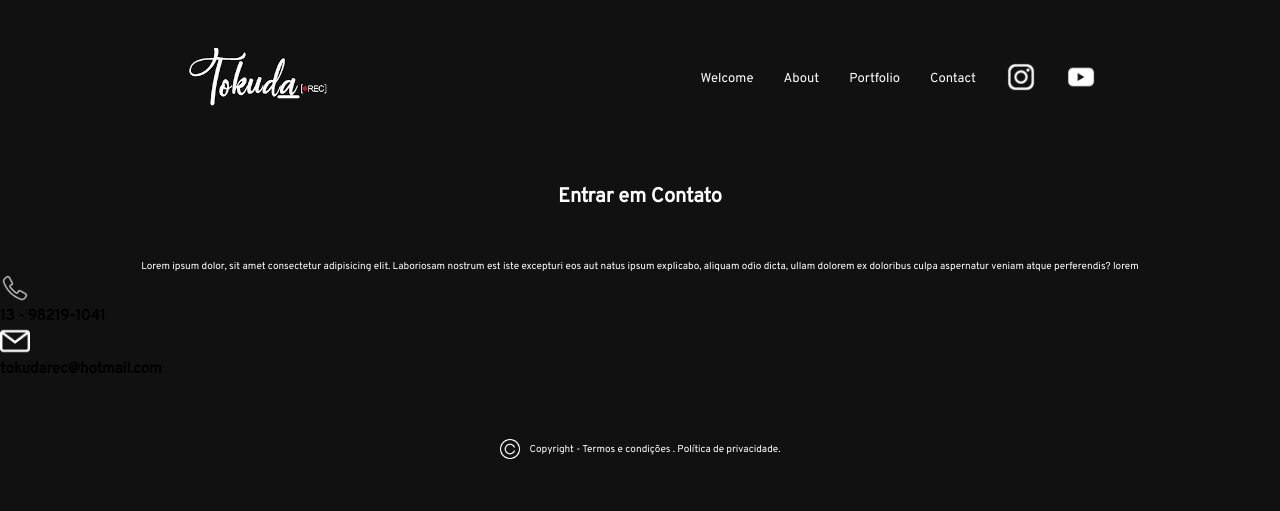
Repository: Lucasbeze/Project-FilmMaker
Page: projeto-alex/pages/contact.html
An editor plug-in stored every save of this project. The page is shown before and after the next save, followed by the edit.
The browser window is 1280 px wide. The pictures show the whole page.

Above is the page before, as saved 2022-08-26 16:15:33.

After the next save:
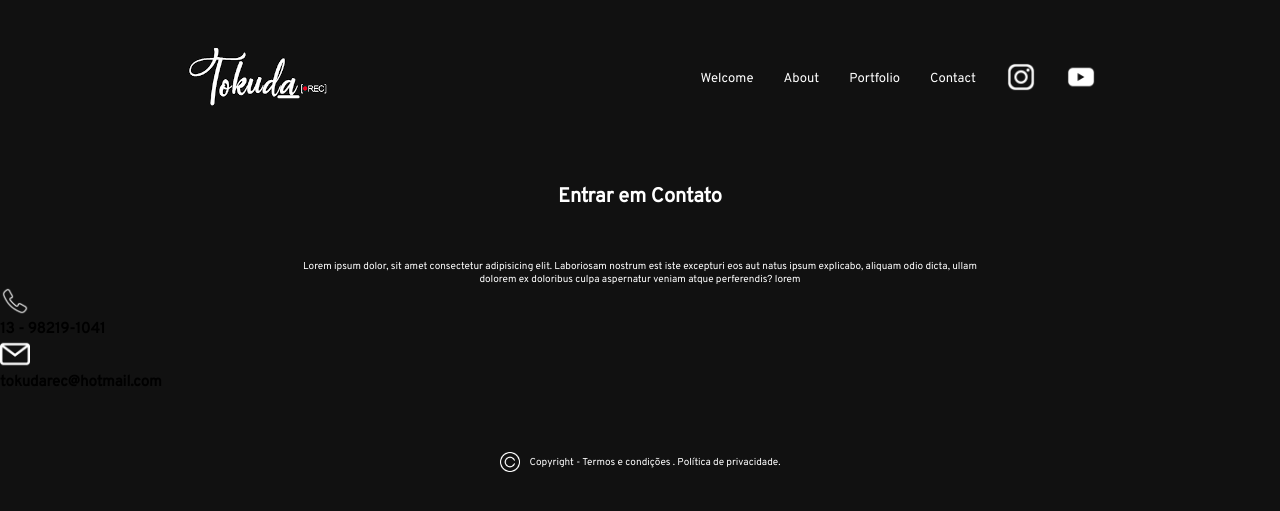
Saved 6 s later.
--- a/projeto-alex/css/contact.css
+++ b/projeto-alex/css/contact.css
@@ -50,7 +50,7 @@ main .legend{
   font-size: 2rem;
 }
 .legend p {
-  margin: 0 ;
+  margin: 0 30rem;
   font-size:1rem;
 }
 main .tel img{
